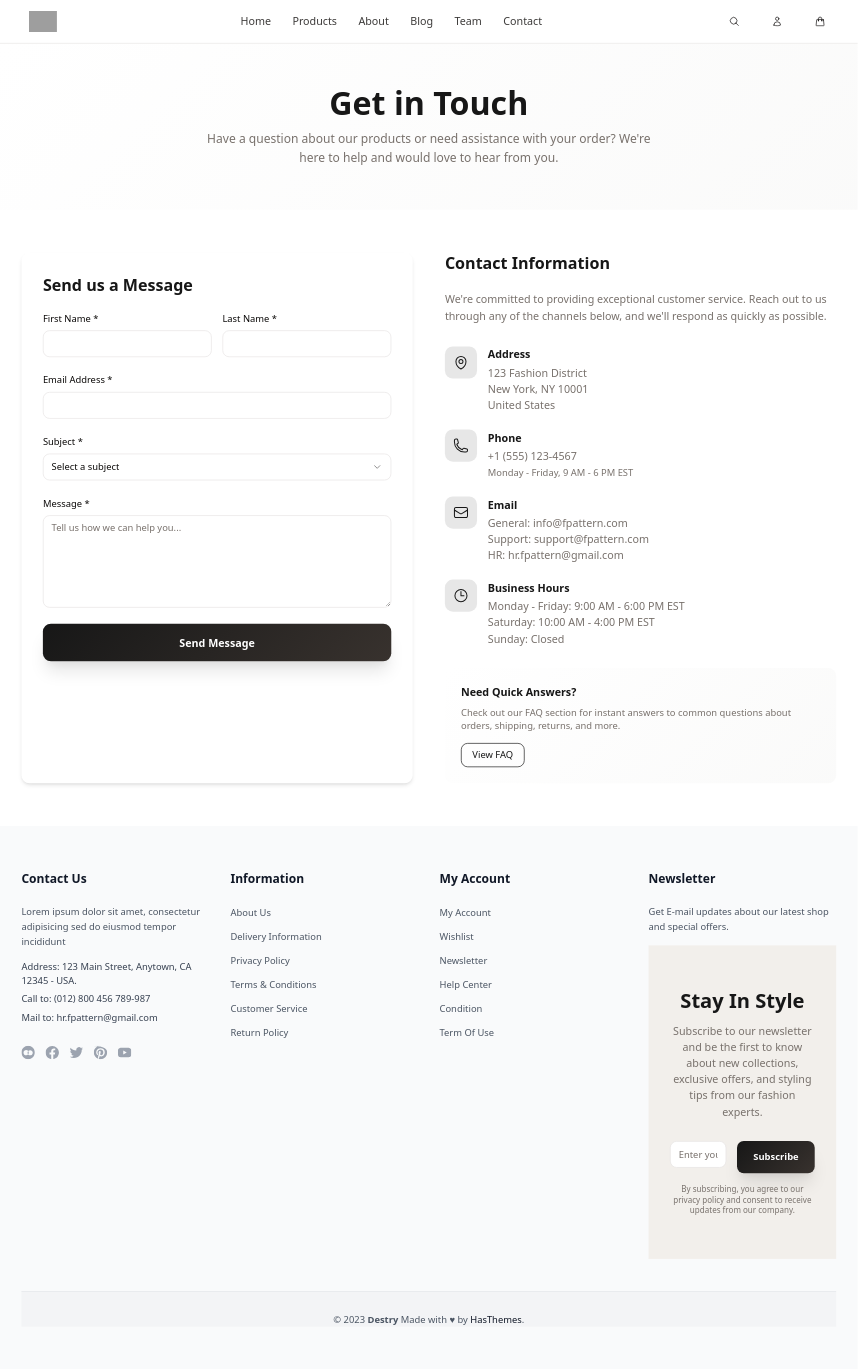
Repository: Fpattern-25/Ecommerce-Cloth-website
Page: /contact
An editor plug-in stored every save of this project. The page is shown before and after the next save, followed by the edit.
The browser window is 1280 px wide. The pictures show the whole page, at 67% of full size.
Pictures or frames that could not be fetched are drawn as grey boxes. The project was rebuilt for these pictures with package versions that can differ from the ones it lists, and the page was loaded fresh each time. Also part of the build but not shown: vite.config.ts, src/components/ui/tooltip.tsx, src/components/ui/badge.tsx, src/components/ProductCard.tsx, src/components/ProductGrid.tsx, src/data/products.ts, src/pages/Home.tsx, src/pages/Products.tsx and 27 more.

Above is the page before, as saved 2025-08-06 10:47:22.

### index.html
<!DOCTYPE html>
<html lang="en">
  <head>
    <meta charset="UTF-8" />
    <meta name="viewport" content="width=device-width, initial-scale=1.0" />
    <title>kamblecollection</title>
    <meta name="description" content="Lovable Generated Project" />
    <meta name="author" content="Lovable" />

    <meta property="og:title" content="kamblecollection" />
    <meta property="og:description" content="Lovable Generated Project" />
    <meta property="og:type" content="website" />
    <meta property="og:image" content="/src/assets/favicon.ico" />

    <meta name="twitter:card" content="summary_large_image" />
    <meta name="twitter:site" content="@lovable_dev" />
    <meta name="twitter:image" content="/src/assets/favicon.ico" />
  </head>

  <body>
    <div id="root"></div>
    <script type="module" src="/src/main.tsx"></script>
  </body>
</html>

### src/App.tsx
import { Toaster } from "@/components/ui/toaster";
import { Toaster as Sonner } from "@/components/ui/sonner";
import { TooltipProvider } from "@/components/ui/tooltip";
import { QueryClient, QueryClientProvider } from "@tanstack/react-query";
import { BrowserRouter, Routes, Route } from "react-router-dom";
import { HelmetProvider } from 'react-helmet-async';
import { CartProvider } from "@/contexts/CartContext";
import { Header } from "@/components/layout/Header";
import { Footer } from "@/components/layout/Footer";
import { ScrollToTop } from "@/components/ScrollToTop";

// Pages
import Home from "./pages/Home";
import Products from "./pages/Products";
import ProductDetail from "./pages/ProductDetail";
import Cart from "./pages/Cart";
import Checkout from "./pages/Checkout";
import OrderConfirmation from "./pages/OrderConfirmation";
import About from "./pages/About";
import Contact from "./pages/Contact";
import Blog from "./pages/Blog";
import Team from "./pages/Team";
import Careers from "./pages/Careers";
import Press from "./pages/Press";
import Sustainability from "./pages/Sustainability";
import SizeGuide from "./pages/SizeGuide";
import Shipping from "./pages/Shipping";
import Returns from "./pages/Returns";
import FAQ from "./pages/FAQ";
import Privacy from "./pages/Privacy";
import Terms from "./pages/Terms";
import Cookies from "./pages/Cookies";
import Profile from "./pages/Profile";
import NotFound from "./pages/NotFound";

const queryClient = new QueryClient();

const App = () => (
  <QueryClientProvider client={queryClient}>
    <HelmetProvider>
      <CartProvider>
        <TooltipProvider>
          <Toaster />
          <Sonner />
          <BrowserRouter>
            <div className="flex flex-col min-h-screen">
              <Header />
              <main className="flex-1">
                <Routes>
                  <Route path="/" element={<Home />} />
                  <Route path="/products" element={<Products />} />
                  <Route path="/product/:id" element={<ProductDetail />} />
                  <Route path="/cart" element={<Cart />} />
                  <Route path="/checkout" element={<Checkout />} />
                  <Route path="/order-confirmation" element={<OrderConfirmation />} />
                  <Route path="/about" element={<About />} />
                  <Route path="/contact" element={<Contact />} />
                  <Route path="/blog" element={<Blog />} />
                  <Route path="/team" element={<Team />} />
                  <Route path="/careers" element={<Careers />} />
                  <Route path="/press" element={<Press />} />
                  <Route path="/sustainability" element={<Sustainability />} />
                  <Route path="/size-guide" element={<SizeGuide />} />
                  <Route path="/shipping" element={<Shipping />} />
                  <Route path="/returns" element={<Returns />} />
                  <Route path="/faq" element={<FAQ />} />
                  <Route path="/privacy" element={<Privacy />} />
                  <Route path="/terms" element={<Terms />} />
                  <Route path="/cookies" element={<Cookies />} />
                  <Route path="/profile" element={<Profile />} />
                  <Route path="*" element={<NotFound />} />
                </Routes>
              </main>
              <Footer />
              <ScrollToTop />
            </div>
          </BrowserRouter>
        </TooltipProvider>
      </CartProvider>
    </HelmetProvider>
  </QueryClientProvider>
);

export default App;

### src/components/ui/toaster.tsx
import { useToast } from "@/hooks/use-toast"
import {
  Toast,
  ToastClose,
  ToastDescription,
  ToastProvider,
  ToastTitle,
  ToastViewport,
} from "@/components/ui/toast"

export function Toaster() {
  const { toasts } = useToast()

  return (
    <ToastProvider>
      {toasts.map(function ({ id, title, description, action, ...props }) {
        return (
          <Toast key={id} {...props}>
            <div className="grid gap-1">
              {title && <ToastTitle>{title}</ToastTitle>}
              {description && (
                <ToastDescription>{description}</ToastDescription>
              )}
            </div>
            {action}
            <ToastClose />
          </Toast>
        )
      })}
      <ToastViewport />
    </ToastProvider>
  )
}

### src/components/ui/sonner.tsx
import { useTheme } from "next-themes"
import { Toaster as Sonner, toast } from "sonner"

type ToasterProps = React.ComponentProps<typeof Sonner>

const Toaster = ({ ...props }: ToasterProps) => {
  const { theme = "system" } = useTheme()

  return (
    <Sonner
      theme={theme as ToasterProps["theme"]}
      className="toaster group"
      toastOptions={{
        classNames: {
          toast:
            "group toast group-[.toaster]:bg-background group-[.toaster]:text-foreground group-[.toaster]:border-border group-[.toaster]:shadow-lg",
          description: "group-[.toast]:text-muted-foreground",
          actionButton:
            "group-[.toast]:bg-primary group-[.toast]:text-primary-foreground",
          cancelButton:
            "group-[.toast]:bg-muted group-[.toast]:text-muted-foreground",
        },
      }}
      {...props}
    />
  )
}

export { Toaster, toast }

### src/components/layout/Header.tsx
import { useState } from 'react';
import { Link, useNavigate } from 'react-router-dom';
import { motion, AnimatePresence } from 'framer-motion';
import { ShoppingBagIcon, MagnifyingGlassIcon, Bars3Icon, XMarkIcon, UserIcon } from '@heroicons/react/24/outline';
import { Button } from '@/components/ui/button';
import { useCart } from '@/contexts/CartContext';
import { cn } from '@/lib/utils';
const navigation = [{
  name: 'Home',
  href: '/'
}, {
  name: 'Products',
  href: '/products'
}, {
  name: 'About',
  href: '/about'
}, {
  name: 'Blog',
  href: '/blog'
}, {
  name: 'Team',
  href: '/team'
}, {
  name: 'Contact',
  href: '/contact'
}];
export function Header() {
  const [isMenuOpen, setIsMenuOpen] = useState(false);
  const {
    itemCount
  } = useCart();
  const navigate = useNavigate();
  return <header className="sticky top-0 z-50 bg-background/95 backdrop-blur supports-[backdrop-filter]:bg-background/60 border-b border-border">
    <div className="container mx-auto px-4 sm:px-6 lg:px-8">
      <div className="flex items-center justify-between h-16">
        {/* Logo */}
        <Link to="/" className="flex items-center space-x-2">
          <img
            src="/src/assets/kamble-collection-250x65.svg"  // <-- Update with your logo path
            alt="Kamble Collection Logo"
            className="h-8 w-16 object-contain"
          />
          {/* <span className="text-2xl font-bold text-brand-primary">Destry</span> */}
        </Link>

        {/* Desktop Navigation */}
        <nav className="hidden md:flex items-center space-x-8">
          {navigation.map(item => <Link key={item.name} to={item.href} className="text-foreground/80 hover:text-brand-primary transition-colors duration-200 font-medium">
            {item.name}
          </Link>)}
        </nav>

        {/* Desktop Actions */}
        <div className="hidden md:flex items-center space-x-4">
          <Button variant="ghost" size="icon" className="relative">
            <MagnifyingGlassIcon className="h-5 w-5" />
          </Button>
          <Button variant="ghost" size="icon" onClick={() => navigate('/profile')}>
            <UserIcon className="h-5 w-5" />
          </Button>
          <Button variant="ghost" size="icon" className="relative" onClick={() => navigate('/cart')}>
            <ShoppingBagIcon className="h-5 w-5" />
            {itemCount > 0 && <span className="absolute -top-1 -right-1 bg-brand-accent text-white text-xs rounded-full h-5 w-5 flex items-center justify-center">
              {itemCount}
            </span>}
          </Button>
        </div>

        {/* Mobile menu button */}
        <div className="md:hidden flex items-center space-x-2">
          <Button variant="ghost" size="icon" className="relative" onClick={() => navigate('/cart')}>
            <ShoppingBagIcon className="h-5 w-5" />
            {itemCount > 0 && <span className="absolute -top-1 -right-1 bg-brand-accent text-white text-xs rounded-full h-5 w-5 flex items-center justify-center">
              {itemCount}
            </span>}
          </Button>
          <Button variant="ghost" size="icon" onClick={() => setIsMenuOpen(!isMenuOpen)}>
            {isMenuOpen ? <XMarkIcon className="h-6 w-6" /> : <Bars3Icon className="h-6 w-6" />}
          </Button>
        </div>
      </div>
    </div>

    {/* Mobile Navigation */}
    <AnimatePresence>
      {isMenuOpen && <motion.div initial={{
        opacity: 0,
        height: 0
      }} animate={{
        opacity: 1,
        height: 'auto'
      }} exit={{
        opacity: 0,
        height: 0
      }} className="md:hidden bg-background border-t border-border">
        <div className="px-4 py-6 space-y-4">
          {navigation.map(item => <Link key={item.name} to={item.href} className="block text-foreground/80 hover:text-brand-primary transition-colors duration-200 font-medium py-2" onClick={() => setIsMenuOpen(false)}>
            {item.name}
          </Link>)}
          <div className="flex items-center space-x-4 pt-4 border-t border-border">
            <Button variant="ghost" size="icon">
              <MagnifyingGlassIcon className="h-5 w-5" />
            </Button>
            <Button variant="ghost" size="icon">
              <UserIcon className="h-5 w-5" />
            </Button>
          </div>
        </div>
      </motion.div>}
    </AnimatePresence>
  </header>;
}

### src/components/ScrollToTop.tsx
import { useState, useEffect } from 'react';
import { motion, AnimatePresence } from 'framer-motion';
import { ArrowUpIcon } from '@heroicons/react/24/outline';
import { Button } from '@/components/ui/button';

export function ScrollToTop() {
  const [isVisible, setIsVisible] = useState(false);

  useEffect(() => {
    const toggleVisibility = () => {
      if (window.pageYOffset > 300) {
        setIsVisible(true);
      } else {
        setIsVisible(false);
      }
    };

    window.addEventListener('scroll', toggleVisibility);
    return () => window.removeEventListener('scroll', toggleVisibility);
  }, []);

  const scrollToTop = () => {
    window.scrollTo({
      top: 0,
      behavior: 'smooth'
    });
  };

  return (
    <AnimatePresence>
      {isVisible && (
        <motion.div
          initial={{ opacity: 0, scale: 0.8 }}
          animate={{ opacity: 1, scale: 1 }}
          exit={{ opacity: 0, scale: 0.8 }}
          className="fixed bottom-6 right-6 z-50"
        >
          <Button
            onClick={scrollToTop}
            size="icon"
            variant="hero"
            className="rounded-full shadow-elegant"
            aria-label="Scroll to top"
          >
            <ArrowUpIcon className="h-5 w-5" />
          </Button>
        </motion.div>
      )}
    </AnimatePresence>
  );
}

### src/components/ui/button.tsx
import * as React from "react"
import { Slot } from "@radix-ui/react-slot"
import { cva, type VariantProps } from "class-variance-authority"

import { cn } from "@/lib/utils"

const buttonVariants = cva(
  "inline-flex items-center justify-center gap-2 whitespace-nowrap rounded-md text-sm font-medium ring-offset-background transition-all duration-300 focus-visible:outline-none focus-visible:ring-2 focus-visible:ring-ring focus-visible:ring-offset-2 disabled:pointer-events-none disabled:opacity-50 [&_svg]:pointer-events-none [&_svg]:size-4 [&_svg]:shrink-0",
  {
    variants: {
      variant: {
        default: "bg-brand-primary text-white hover:bg-brand-primary/90 shadow-elegant hover:shadow-soft",
        destructive:
          "bg-destructive text-destructive-foreground hover:bg-destructive/90",
        outline:
          "border border-brand-primary bg-transparent text-brand-primary hover:bg-brand-primary hover:text-white",
        secondary:
          "bg-brand-secondary text-brand-primary hover:bg-brand-secondary/80",
        ghost: "hover:bg-accent hover:text-accent-foreground",
        link: "text-brand-primary underline-offset-4 hover:underline",
        hero: "bg-gradient-hero text-white hover:scale-105 shadow-elegant hover:shadow-soft font-semibold",
        accent: "bg-brand-accent text-white hover:bg-brand-accent/90 shadow-soft hover:shadow-elegant",
      },
      size: {
        default: "h-12 px-6 py-3",
        sm: "h-9 rounded-md px-4",
        lg: "h-14 rounded-lg px-8 text-base",
        icon: "h-12 w-12",
        hero: "h-16 px-12 py-4 text-lg rounded-lg",
      },
    },
    defaultVariants: {
      variant: "default",
      size: "default",
    },
  }
)

export interface ButtonProps
  extends React.ButtonHTMLAttributes<HTMLButtonElement>,
    VariantProps<typeof buttonVariants> {
  asChild?: boolean
}

const Button = React.forwardRef<HTMLButtonElement, ButtonProps>(
  ({ className, variant, size, asChild = false, ...props }, ref) => {
    const Comp = asChild ? Slot : "button"
    return (
      <Comp
        className={cn(buttonVariants({ variant, size, className }))}
        ref={ref}
        {...props}
      />
    )
  }
)
Button.displayName = "Button"

export { Button, buttonVariants }

### src/components/Newsletter.tsx
import { useState } from 'react';
import { motion } from 'framer-motion';
import { Button } from '@/components/ui/button';
import { Input } from '@/components/ui/input';
import { toast } from '@/hooks/use-toast';

export function Newsletter() {
  const [email, setEmail] = useState('');
  const [isLoading, setIsLoading] = useState(false);

  const handleSubmit = async (e: React.FormEvent) => {
    e.preventDefault();

    if (!email) {
      toast({
        title: "Error",
        description: "Please enter your email address.",
        variant: "destructive"
      });
      return;
    }

    setIsLoading(true);

    try {
      // Using Formspree for newsletter subscription
      const response = await fetch('https://formspree.io/f/your-form-id', {
        method: 'POST',
        headers: {
          'Content-Type': 'application/json',
        },
        body: JSON.stringify({
          email: email,
          _subject: 'Newsletter Subscription',
        }),
      });

      if (response.ok) {
        toast({
          title: "Success!",
          description: "Thank you for subscribing to our newsletter!"
        });
        setEmail('');
      } else {
        throw new Error('Subscription failed');
      }
    } catch (error) {
      // For demo purposes, we'll show success anyway
      toast({
        title: "Success!",
        description: "Thank you for subscribing to our newsletter!"
      });
      setEmail('');
    } finally {
      setIsLoading(false);
    }
  };

  return (
    <section className="bg-brand-secondary/20 py-16">
      <div className="container mx-auto px-4 sm:px-6 lg:px-8">
        <motion.div
          initial={{ opacity: 0, y: 20 }}
          whileInView={{ opacity: 1, y: 0 }}
          viewport={{ once: true }}
          transition={{ duration: 0.6 }}
          className="max-w-2xl mx-auto text-center"
        >
          <h2 className="text-3xl font-bold text-brand-primary mb-4">
            Stay In Style
          </h2>
          <p className="text-muted-foreground mb-8">
            Subscribe to our newsletter and be the first to know about new collections,
            exclusive offers, and styling tips from our fashion experts.
          </p>

          <form onSubmit={handleSubmit} className="flex flex-col sm:flex-row gap-4 max-w-md mx-auto">
            <Input
              type="email"
              placeholder="Enter your email"
              value={email}
              onChange={(e) => setEmail(e.target.value)}
              className="flex-1"
              required
            />
            <Button
              type="submit"
              variant="hero"
              disabled={isLoading}
              className="sm:w-auto"
            >
              {isLoading ? 'Subscribing...' : 'Subscribe'}
            </Button>
          </form>

          <p className="text-xs text-muted-foreground mt-4">
            By subscribing, you agree to our privacy policy and consent to receive updates from our company.
          </p>
        </motion.div>
      </div>
    </section>
  );
}

### src/components/SEO.tsx
import { Helmet } from 'react-helmet-async';
import { SEOProps } from '@/types';

interface SEOComponentProps extends SEOProps {
  children?: React.ReactNode;
}

export function SEO({
  title,
  description,
  keywords,
  image,
  url,
  children
}: SEOComponentProps) {
  const siteTitle = "FPattern - Luxury Fashion Brand";
  const fullTitle = title ? `${title} | ${siteTitle}` : siteTitle;
  const siteUrl = url || window.location.href;
  const ogImage = image || "../src/assets/favicon.ico";

  return (
    <Helmet>
      <title>{fullTitle}</title>
      <meta name="description" content={description} />
      {keywords && <meta name="keywords" content={keywords} />}

      {/* Open Graph */}
      <meta property="og:title" content={fullTitle} />
      <meta property="og:description" content={description} />
      <meta property="og:image" content={ogImage} />
      <meta property="og:url" content={siteUrl} />
      <meta property="og:type" content="website" />

      {/* Twitter */}
      <meta name="twitter:card" content="summary_large_image" />
      <meta name="twitter:title" content={fullTitle} />
      <meta name="twitter:description" content={description} />
      <meta name="twitter:image" content={ogImage} />

      {/* Schema.org for Google */}
      <script type="application/ld+json">
        {JSON.stringify({
          "@context": "https://schema.org",
          "@type": "ClothingStore",
          "name": "FPattern",
          "description": description,
          "url": siteUrl,
          "logo": ogImage,
          "sameAs": [
            "https://www.instagram.com/fpattern",
            "https://www.facebook.com/fpattern",
            "https://www.twitter.com/fpattern"
          ]
        })}
      </script>

      {children}
    </Helmet>
  );
}

### src/components/ui/input.tsx
import * as React from "react"

import { cn } from "@/lib/utils"

const Input = React.forwardRef<HTMLInputElement, React.ComponentProps<"input">>(
  ({ className, type, ...props }, ref) => {
    return (
      <input
        type={type}
        className={cn(
          "flex h-10 w-full rounded-md border border-input bg-background px-3 py-2 text-base ring-offset-background file:border-0 file:bg-transparent file:text-sm file:font-medium file:text-foreground placeholder:text-muted-foreground focus-visible:outline-none focus-visible:ring-2 focus-visible:ring-ring focus-visible:ring-offset-2 disabled:cursor-not-allowed disabled:opacity-50 md:text-sm",
          className
        )}
        ref={ref}
        {...props}
      />
    )
  }
)
Input.displayName = "Input"

export { Input }

### src/components/ui/textarea.tsx
import * as React from "react"

import { cn } from "@/lib/utils"

export interface TextareaProps
  extends React.TextareaHTMLAttributes<HTMLTextAreaElement> {}

const Textarea = React.forwardRef<HTMLTextAreaElement, TextareaProps>(
  ({ className, ...props }, ref) => {
    return (
      <textarea
        className={cn(
          "flex min-h-[80px] w-full rounded-md border border-input bg-background px-3 py-2 text-sm ring-offset-background placeholder:text-muted-foreground focus-visible:outline-none focus-visible:ring-2 focus-visible:ring-ring focus-visible:ring-offset-2 disabled:cursor-not-allowed disabled:opacity-50",
          className
        )}
        ref={ref}
        {...props}
      />
    )
  }
)
Textarea.displayName = "Textarea"

export { Textarea }

Loaded but not shown: src/main.tsx (common file); src/index.css (common file); src/hooks/use-toast.ts (common file); src/lib/utils.ts (common file); tailwind.config.ts (common file); src/pages/Contact.tsx (299 lines, source omitted); src/components/layout/Footer.tsx (180 lines, source omitted); src/components/ui/select.tsx (158 lines, source omitted); src/contexts/CartContext.tsx (189 lines, source omitted); src/components/ui/toast.tsx (127 lines, source omitted)

After the next save:
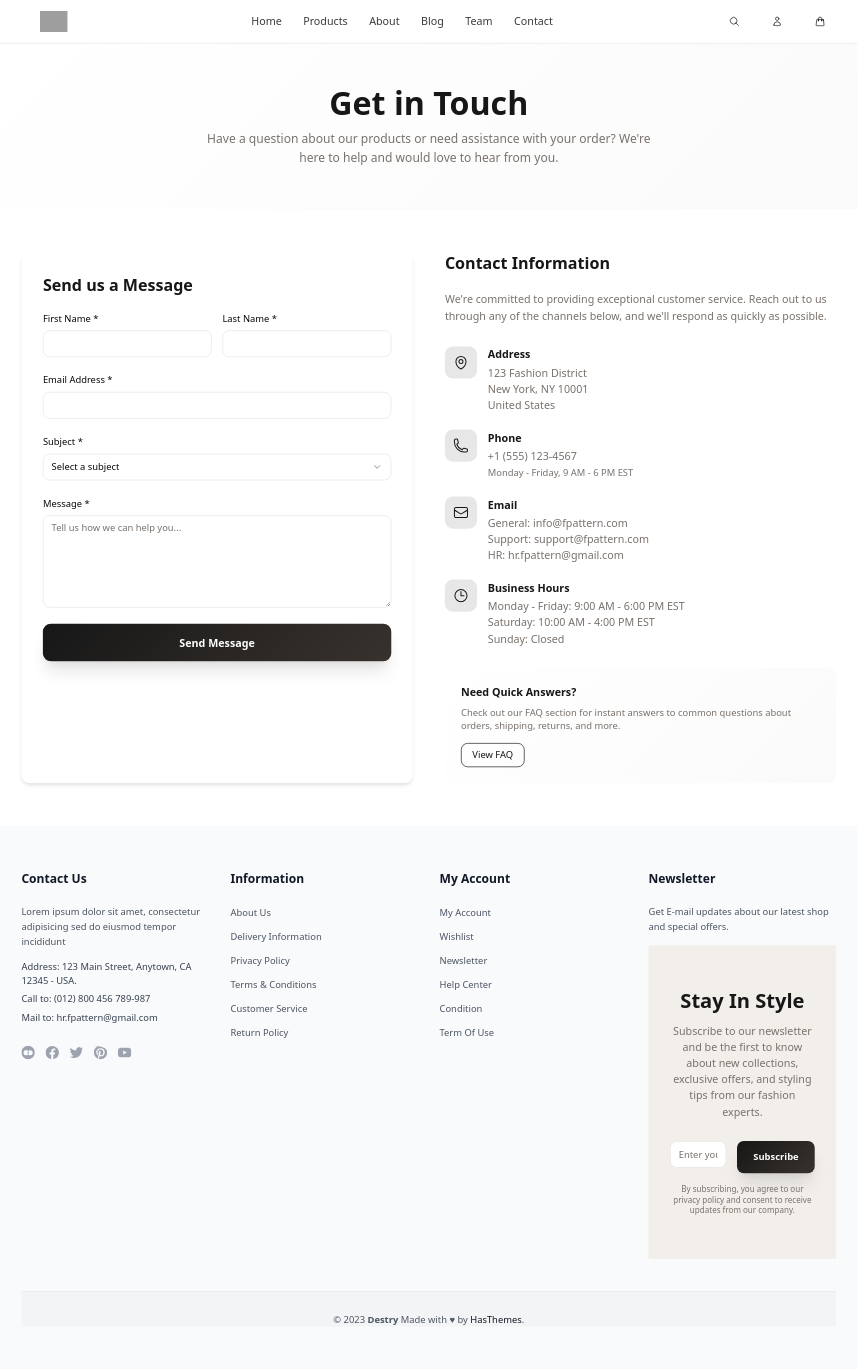
Saved 7 s later.
--- a/src/components/layout/Header.tsx
+++ b/src/components/layout/Header.tsx
@@ -38,7 +38,7 @@ export function Header() {
           <img
             src="/src/assets/kamble-collection-250x65.svg"  // <-- Update with your logo path
             alt="Kamble Collection Logo"
-            className="h-8 w-16 object-contain"
+            className="h-8 w-24 object-contain"
           />
           {/* <span className="text-2xl font-bold text-brand-primary">Destry</span> */}
         </Link>
